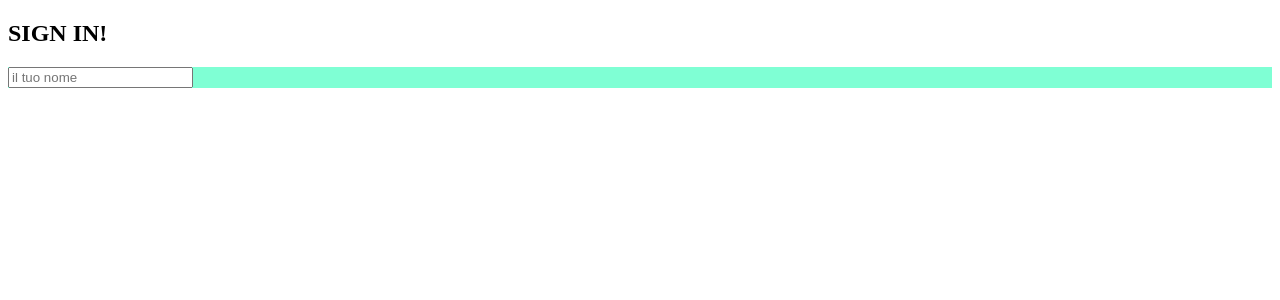
Repository: daniells-21/Pre-Corso-Ch2
Page: Pre-Corso-Epicode/registrazione.html
An editor plug-in stored every save of this project. The page is shown before and after the next save, followed by the edit.
The browser window is 1280 px wide. The pictures show the whole page.

Above is the page before, as saved 2023-04-12 13:22:05.

### Pre-Corso-Epicode/registrazione.html
<!DOCTYPE html>
<html lang="en">
<head>
    <meta charset="UTF-8">
    <meta http-equiv="X-UA-Compatible" content="IE=edge">
    <meta name="viewport" content="width=device-width, initial-scale=1.0">
    <title>Registrazione</title>
</head>
<body>
    <h2>SIGN IN!</h2>
    <div style="background-color: aquamarine;">
        <div>
            <input style="text" placeholder="il tuo nome"/>
        </div>
    </div>

</body>
</html>

After the next save:
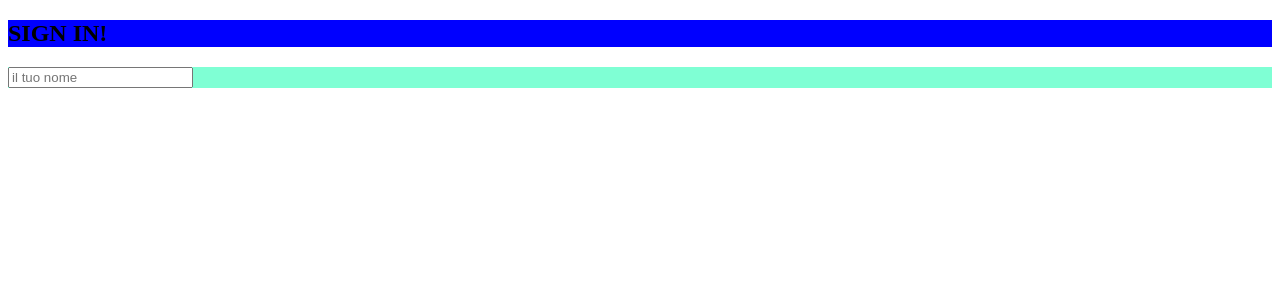
Saved 22 h 11 min later.
--- a/Pre-Corso-Epicode/registrazione.html
+++ b/Pre-Corso-Epicode/registrazione.html
@@ -7,7 +7,9 @@
     <title>Registrazione</title>
 </head>
 <body>
-    <h2>SIGN IN!</h2>
+    <div style="background-color: blue;">
+        <h2>SIGN IN!</h2>
+    </div>
     <div style="background-color: aquamarine;">
         <div>
             <input style="text" placeholder="il tuo nome"/>
